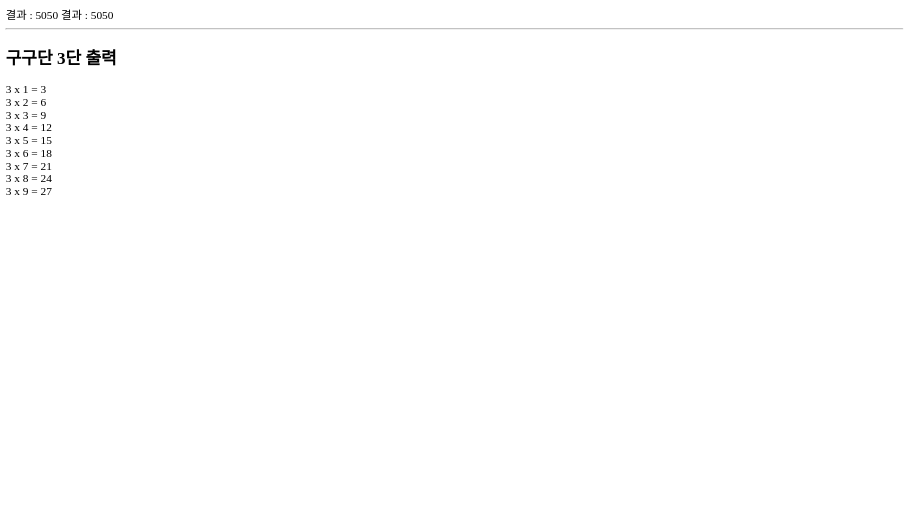
Repository: huntingforheat/JavaProject
Page: http://localhost/myweb/jstl/jstl_foreach.jsp
The author's editor kept a copy of each file at every save. The page is drawn from the files as they stood at one save, then again after the next save.
The browser window is 1280 px wide. The pictures show the whole page, at 71% of full size.
The page is served by Tomcat 9. Other server files are loaded and not shown.

Above is the page before, as saved 2024-04-17 03:36:28.

### myweb/src/main/webapp/jstl/jstl_foreach.jsp
<%@ page language="java" contentType="text/html; charset=UTF-8"
    pageEncoding="UTF-8"%>
<%@ taglib prefix="c" uri = "http://java.sun.com/jsp/jstl/core" %>
<!DOCTYPE html>
<html>
	<head>
		<meta charset="UTF-8">
		<title>jstl_foreach.jsp</title>
	</head>
	<body>
	<%--
		<%
		// 1에서 부터 100까지 합
		int sum = 0;
		for(int i = 1; i <= 100; i++) {
			sum += i;
		}
		%>
		결과 <%=sum %>
	--%>
	<%-- jstl의 변수 선언 : <c:set> --%>
	<c:set var = "sum" value = "0" ></c:set>

	<c:forEach var = "i" begin = "1" end = "100" step = "1">
		<c:set var = "sum" value = "${sum + i }"></c:set>
	</c:forEach>
	결과 : ${sum }
	<!-- 변수 출력 -->
	결과 : <c:out value="${sum }"></c:out>

	<hr>
	<h2>구구단 3단 출력</h2>
	<c:forEach var = "i" begin = "1" end = "9" step = "1">
		3 x ${i } = ${i * 3} <br>
	</c:forEach>
	</body>
</html>

After the next save:
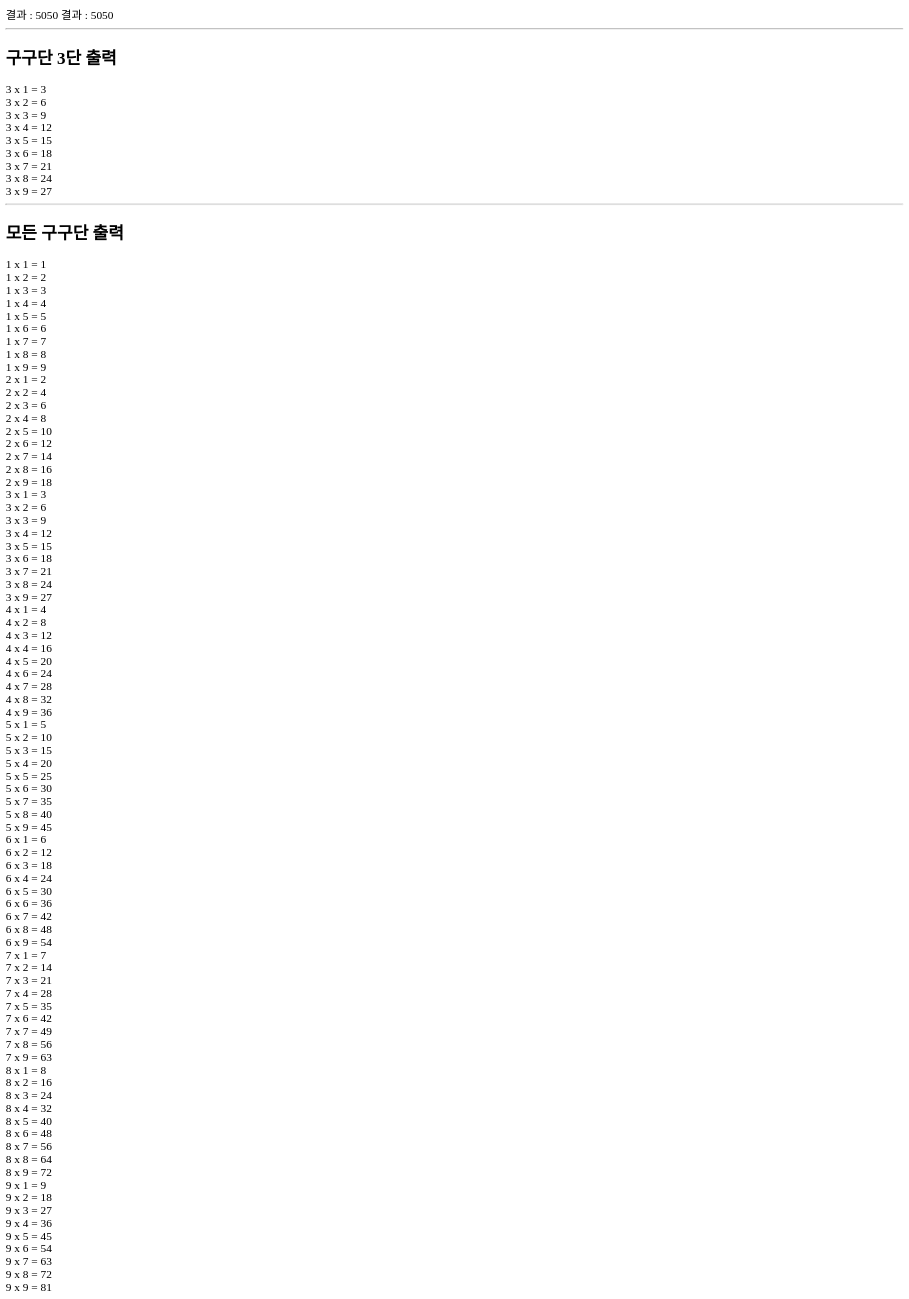
Saved 2 min 1 s later.
--- a/myweb/src/main/webapp/jstl/jstl_foreach.jsp
+++ b/myweb/src/main/webapp/jstl/jstl_foreach.jsp
@@ -33,5 +33,13 @@
 	<c:forEach var = "i" begin = "1" end = "9" step = "1">
 		3 x ${i } = ${i * 3} <br>
 	</c:forEach>
+
+	<hr>
+	<h2>모든 구구단 출력</h2>
+	<c:forEach var = "i" begin = "1" end = "9" step = "1">
+		<c:forEach var = "j" begin = "1" end = "9" step = "1">
+			${i } x ${j } = ${i * j } <br>
+		</c:forEach>
+	</c:forEach>
 	</body>
 </html>
